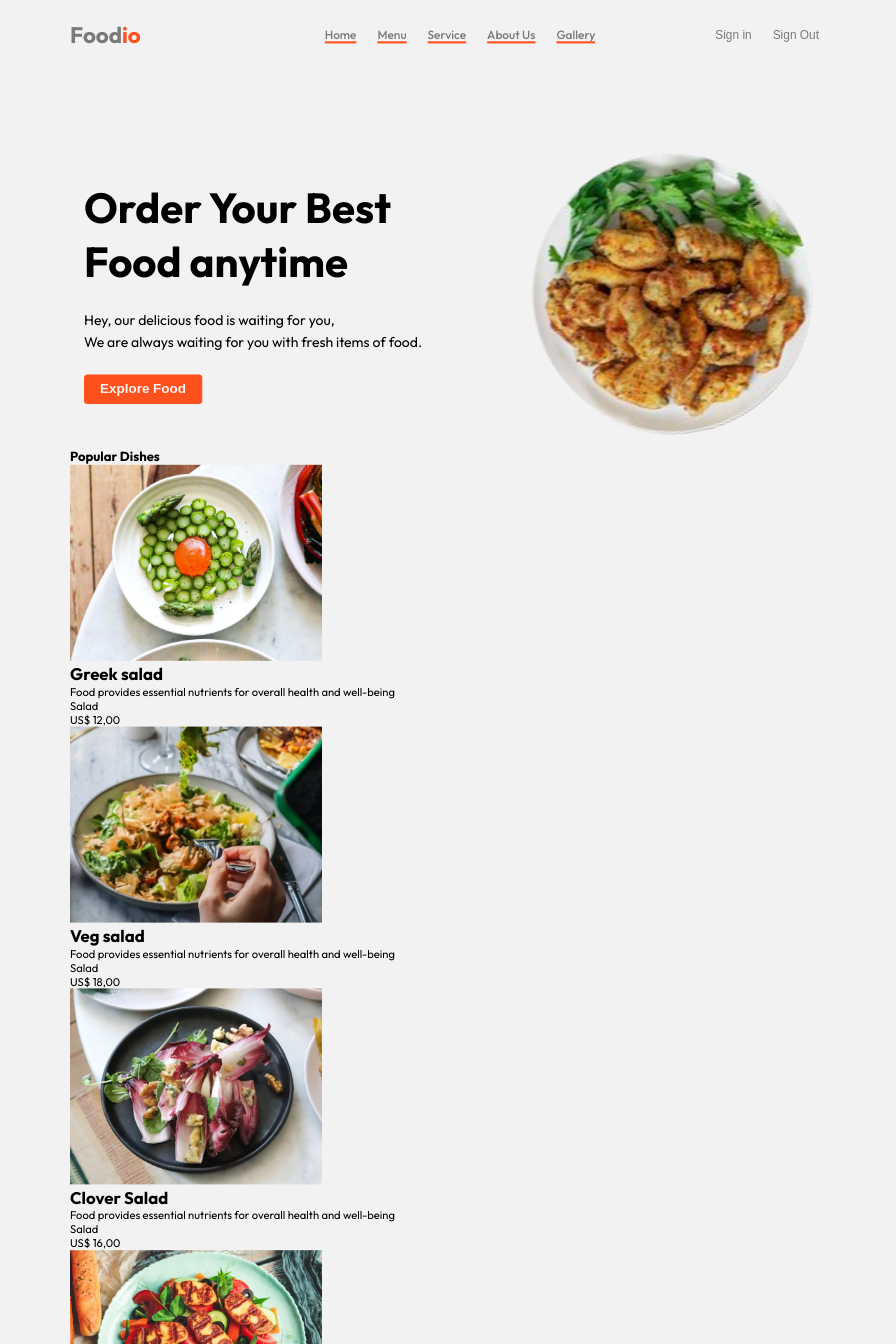
Repository: guilhermecardoso93/foodio
Page: /
These files come from the project's save history. The page is drawn as it stood at one moment and after the next save; the edit follows.
The browser window is 1280 px wide. The pictures show the part of the page from y = 0 to 1920 px (the page is 12632 px tall), at 70% of full size.
The project was rebuilt for these pictures with package versions that can differ from the ones it lists, and the page was loaded fresh each time. Also part of the build but not shown: vite.config.js, src/index.css.

Above is the page before, as saved 2024-11-05 19:51:19.

After the next save:
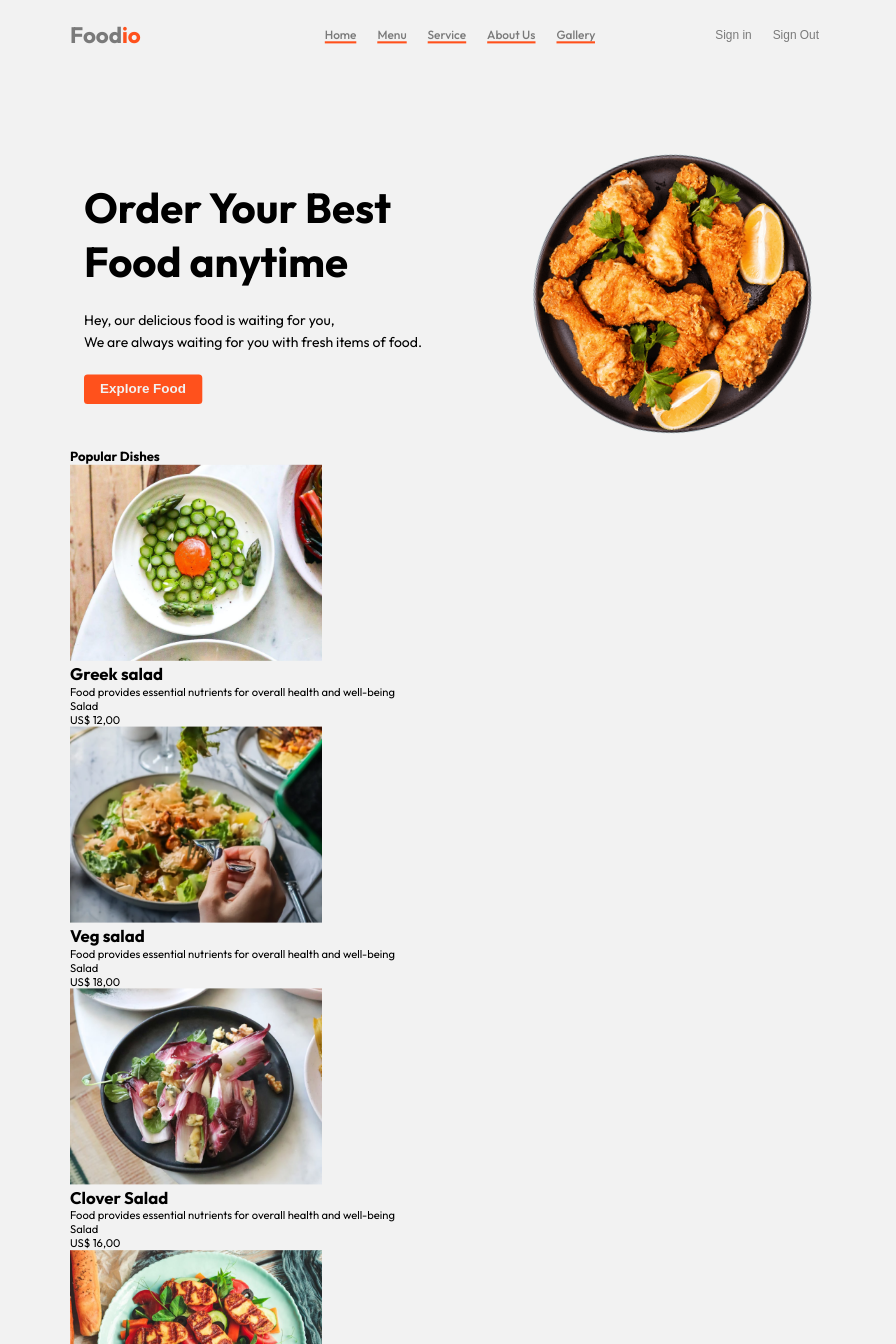
Saved 20 s later.
--- a/src/components/Main/index.jsx
+++ b/src/components/Main/index.jsx
@@ -1,5 +1,5 @@
 import imagem1 from "../../assets/images/image1.png";
-import imagem4 from "../../assets/images/image4.png";
+import imagem5 from "../../assets/images/image5.png";
 import { food_list } from "../../assets/assets";
 import { CardItem } from "../CardItem";
 
@@ -26,7 +26,7 @@ export function Main() {
           </div>
           <div className="content-right">
             <img src={imagem1} alt="" />
-            <img src={imagem4} alt="" />
+            <img src={imagem5} alt="" />
           </div>
         </div>
       </section>
